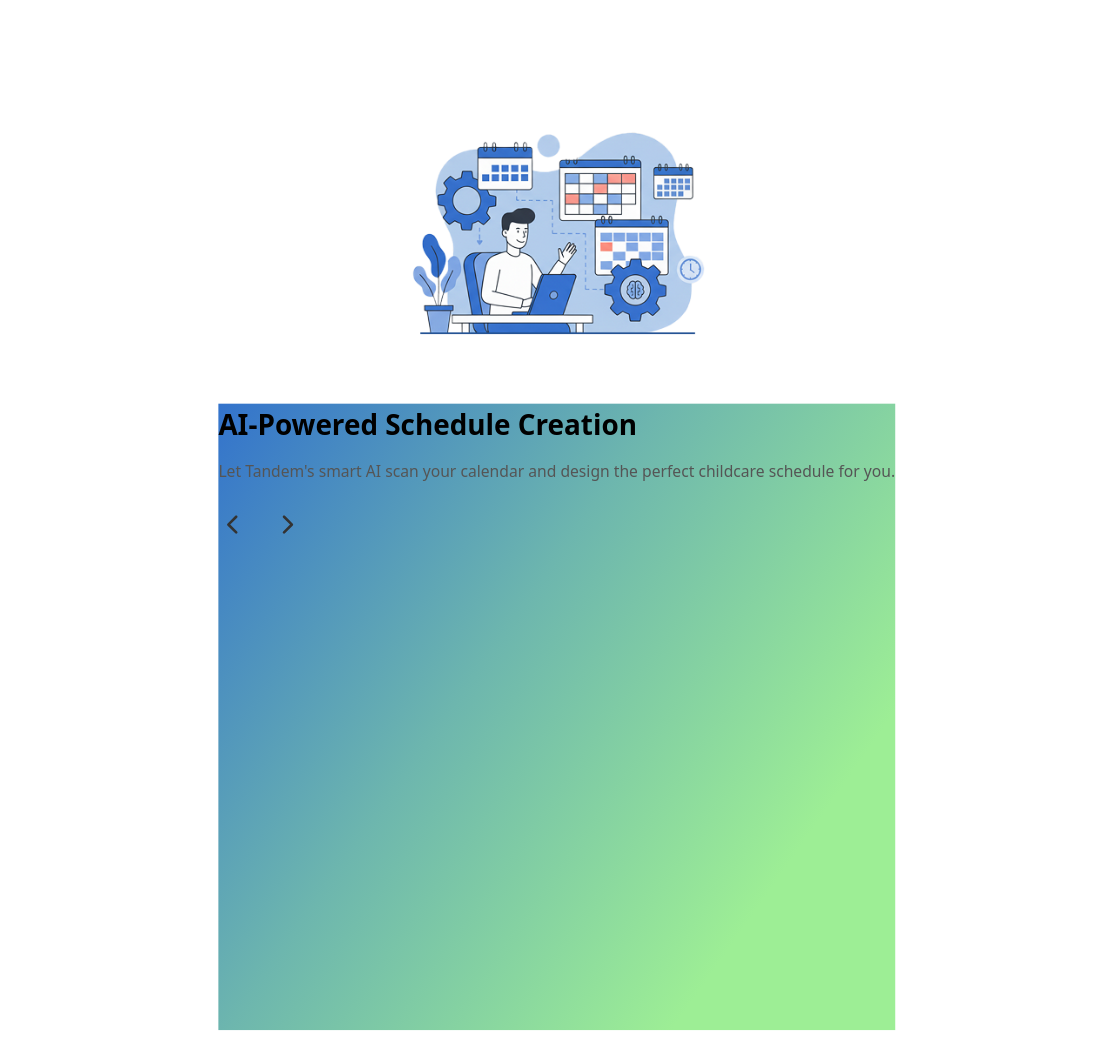
Repository: IDSP-TRADECARE/Tandem
Page: /boarding/features
The author's editor kept a copy of each file at every save. The page is drawn from the files as they stood at one save, then again after a run of saves.
The browser window is 1280 px wide. The pictures show the whole page, at 87% of full size.
The page's requests for data from a server got no answer. Some web fonts or font styles are not loaded; a fallback is used. The project was rebuilt for these pictures with package versions that can differ from the ones it lists, and the page was loaded fresh each time. Some packages were replaced by stand-ins written for this rebuild. The framework's server and built-in components were replaced by stand-ins that run in the browser. No one was signed in, and anything a server would have sent is missing. Also part of the build but not shown: next.config.ts, src/app/components/auth/AuthGuard.tsx.

Above is the page before, as saved 2025-11-22 21:47:00.

After the next 2 saves:
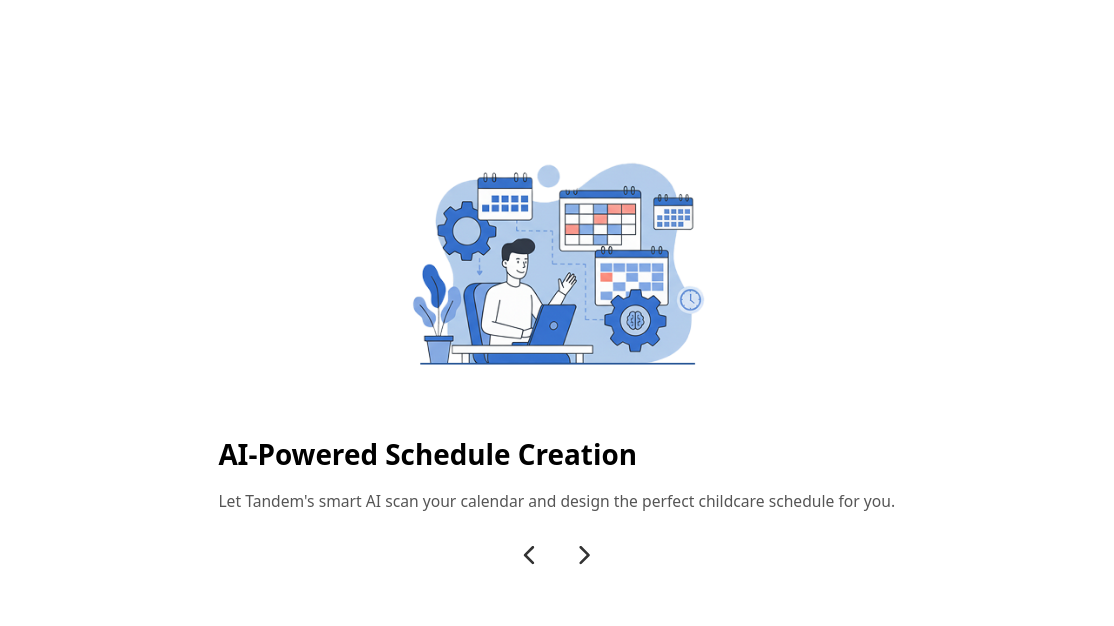
The 2 saves are shown as one change because they came seconds apart.
The last was saved 27 s later.
--- a/src/app/boarding/features/page.tsx
+++ b/src/app/boarding/features/page.tsx
@@ -57,27 +57,25 @@
                     alt={`Feature ${currentFeature.id}`}
                 />
             </div>
-            <GradientBackgroundFull>
-                <div className={styles.content}>
-                    <h1 className={styles.title}>{currentFeature.title}</h1>
+            <div className={styles.content}>
+                <h1 className={styles.title}>{currentFeature.title}</h1>
 
-                    <p className={styles.description}>
-                        {currentFeature.description}
-                    </p>
-                </div>
-                <div className={styles.navigation}>
-                    <button
-                        onClick={handlePrevious}
-                        disabled={currentIndex === 0}
-                    >
-                        <IoIosArrowBack size={32} />
-                    </button>
+                <p className={styles.description}>
+                    {currentFeature.description}
+                </p>
+            </div>
+            <div className={styles.navigation}>
+                <button
+                    onClick={handlePrevious}
+                    disabled={currentIndex === 0}
+                >
+                    <IoIosArrowBack size={32} />
+                </button>
 
-                    <button onClick={handleNext}>
-                        <IoIosArrowForward size={32} />
-                    </button>
-                </div>
-            </GradientBackgroundFull>
+                <button onClick={handleNext}>
+                    <IoIosArrowForward size={32} />
+                </button>
+            </div>
         </div>
     );
 }
